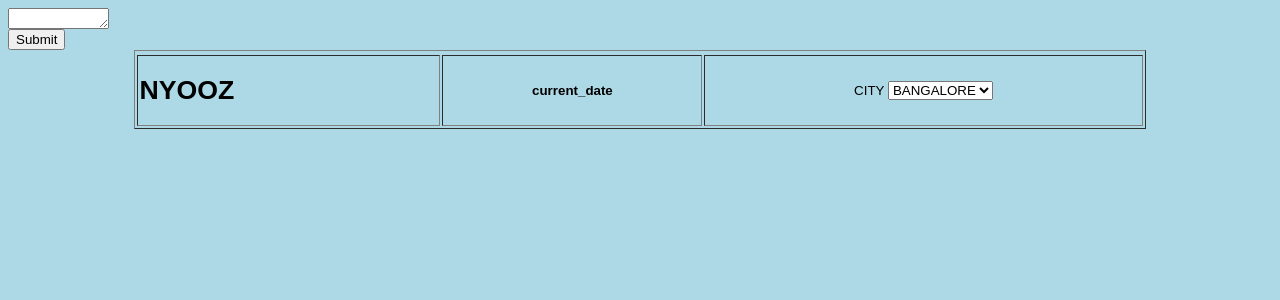
Repository: rsud2253/nyooz
Page: html_play/nyooz_home/index.html
These files come from the project's save history. The page is drawn as it stood at one moment and after the next save; the edit follows.
The browser window is 1280 px wide. The pictures show the whole page.

Above is the page before, as saved 2012-07-21 07:20:07.

After the next save:
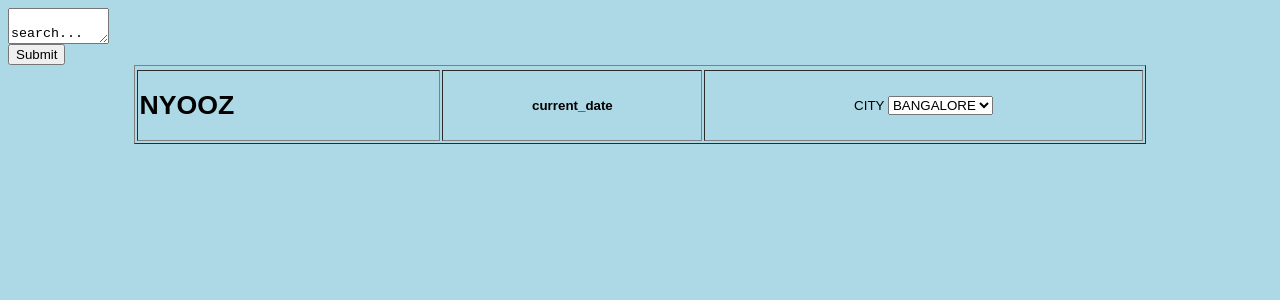
Saved 70 s later.
--- a/html_play/nyooz_home/index.html
+++ b/html_play/nyooz_home/index.html
@@ -13,7 +13,7 @@
     	<table border="1" width="80%" align="center" >
     		<tr align="right">
     			<form method="post" action="">
-				<textarea name="comments" cols="10" rows="1">
+				<textarea name="search" cols="10" rows="0">
 				search...
 				</textarea><br>
 				<input type="submit" value="Submit" />
